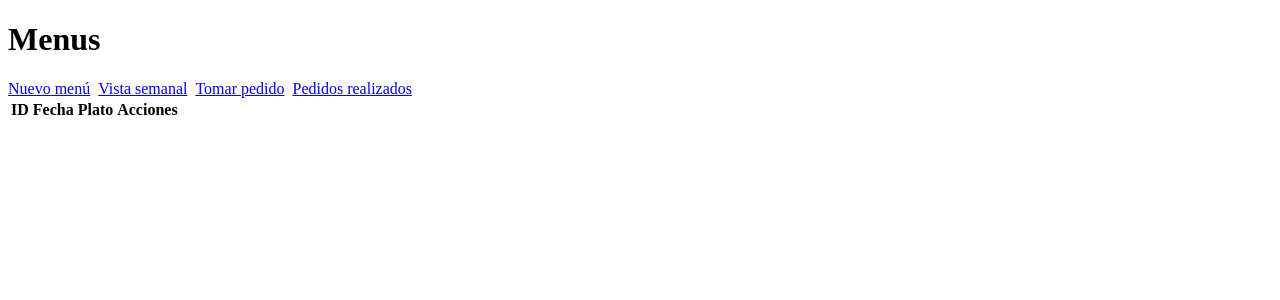
Repository: luisfelipeguevaraa/pedido-comida
Page: /
An editor plug-in stored every save of this project. The page is shown before and after the next save, followed by the edit.
The browser window is 1280 px wide. The pictures show the whole page.
The page's requests for data from a server got no answer. The project was rebuilt for these pictures with package versions that can differ from the ones it lists, and the page was loaded fresh each time. The framework's server and built-in components were replaced by stand-ins that run in the browser. No one was signed in, and anything a server would have sent is missing.

Above is the page before, as saved 2026-06-12 09:09:17.

### pages/index.tsx
import Link from 'next/link'
import { useEffect, useState } from 'react'

type Menu = { id: number; fecha: string; plato: string }

function ClientDate({ iso }: { iso: string }) {
  const [text, setText] = useState<string>('')
  useEffect(() => {
    // format only on client to avoid SSR/CSR mismatch
    try {
      setText(new Date(iso).toLocaleString())
    } catch (e) {
      setText(iso)
    }
  }, [iso])
  return <span>{text}</span>
}

export default function Home() {
  const [menus, setMenus] = useState<Menu[]>([])

  useEffect(() => {
    fetch('/api/menus')
      .then((r) => r.json())
      .then(setMenus)
  }, [])

  async function del(id: number) {
    if (!confirm('Eliminar menú?')) return
    await fetch(`/api/menus/${id}`, { method: 'DELETE' })
    setMenus((m) => m.filter((x) => x.id !== id))
  }

  return (
    <div className="container">
      <h1>Menus</h1>
      <div style={{ display: 'flex', gap: 8, flexWrap: 'wrap' }}>
        <Link href="/menus/new" className="btn">Nuevo menú</Link>
        <Link href="/menus/weekly" className="btn">Vista semanal</Link>
        <Link href="/orders/new" className="btn">Tomar pedido</Link>
        <Link href="/orders" className="btn">Pedidos realizados</Link>
      </div>
      <table>
        <thead>
          <tr><th>ID</th><th>Fecha</th><th>Plato</th><th>Acciones</th></tr>
        </thead>
        <tbody>
          {menus.map((m) => (
            <tr key={m.id}>
              <td>{m.id}</td>
              <td><ClientDate iso={m.fecha} /></td>
              <td>{m.plato}</td>
              <td>
                <Link href={`/menus/${m.id}/edit`} className="btn">Editar</Link>
                <button className="btn danger" onClick={() => del(m.id)}>Eliminar</button>
              </td>
            </tr>
          ))}
        </tbody>
      </table>
    </div>
  )
}

After the next save:
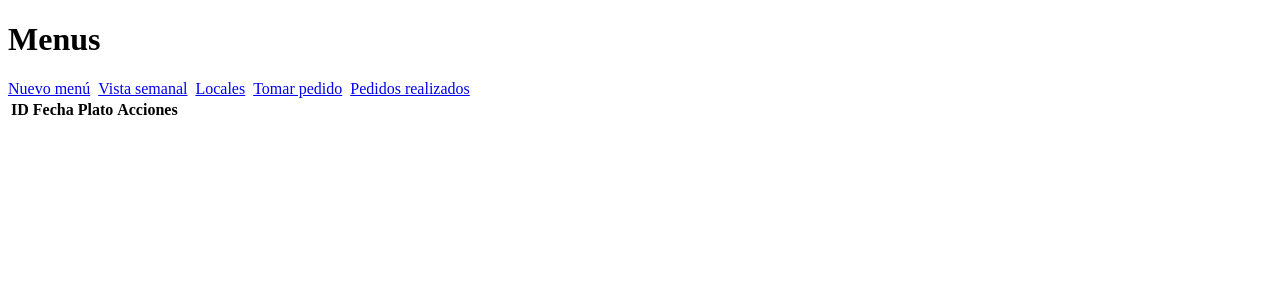
Saved 5 s later.
--- a/pages/index.tsx
+++ b/pages/index.tsx
@@ -37,6 +37,7 @@ export default function Home() {
       <div style={{ display: 'flex', gap: 8, flexWrap: 'wrap' }}>
         <Link href="/menus/new" className="btn">Nuevo menú</Link>
         <Link href="/menus/weekly" className="btn">Vista semanal</Link>
+        <Link href="/locals" className="btn">Locales</Link>
         <Link href="/orders/new" className="btn">Tomar pedido</Link>
         <Link href="/orders" className="btn">Pedidos realizados</Link>
       </div>
